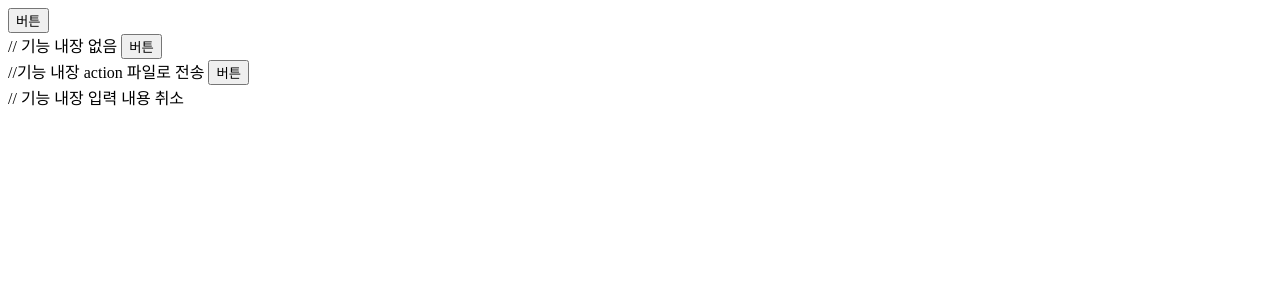
Repository: Pang-Ho/TIL
Page: JavaScript/workspace_web/jstest/WebContent/WEB-INF/event1.html
These files come from the project's save history. The page is drawn as it stood at one moment and after the next save; the edit follows.
The browser window is 1280 px wide. The pictures show the whole page.

Above is the page before, as saved 2021-08-24 08:23:31.

### JavaScript/workspace_web/jstest/WebContent/WEB-INF/event1.html
<!DOCTYPE html>
<html>
<head>
<meta charset="UTF-8">
<title>Insert title here</title>
</head>
<body>
<form action="a.html">
<input type="button" value="버튼"><br> // 기능 내장 없음
<input type="submit" value="버튼"><br> //기능 내장 action 파일로 전송
<input type="reset" value="버튼"><br> // 기능 내장 입력 내용 취소
</form>
</body>
</html>

After the next save:
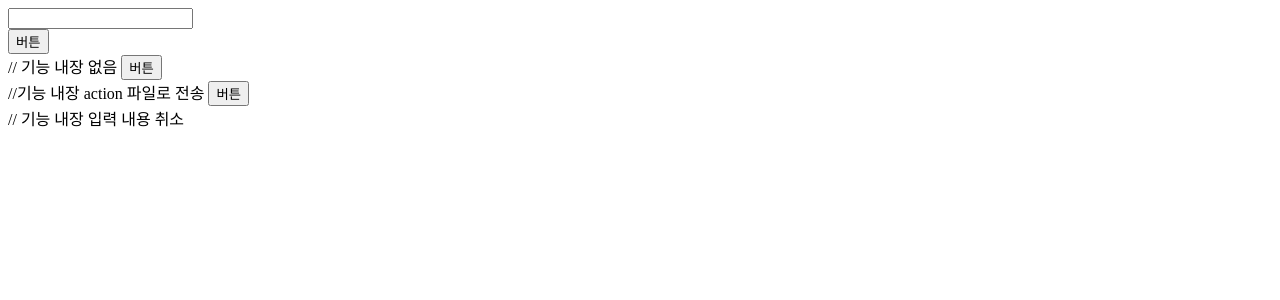
Saved 16 s later.
--- a/JavaScript/workspace_web/jstest/WebContent/WEB-INF/event1.html
+++ b/JavaScript/workspace_web/jstest/WebContent/WEB-INF/event1.html
@@ -6,6 +6,7 @@
 </head>
 <body>
 <form action="a.html">
+<input type=text><br>
 <input type="button" value="버튼"><br> // 기능 내장 없음
 <input type="submit" value="버튼"><br> //기능 내장 action 파일로 전송
 <input type="reset" value="버튼"><br> // 기능 내장 입력 내용 취소
